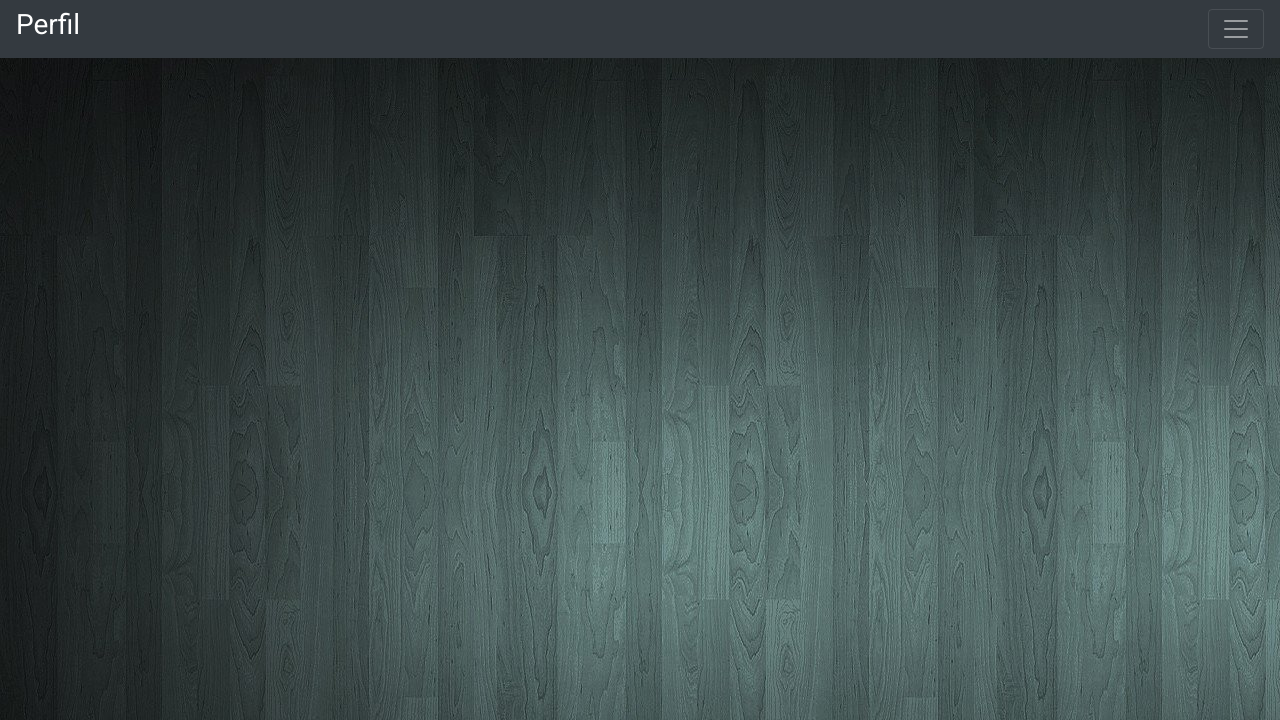
Repository: UncEmerson/UncEmerson
Page: index.html
These files come from the project's save history. The page is drawn as it stood at one moment and after the next save; the edit follows.
The browser window is 1280 px wide. The pictures show the whole page.

Above is the page before, as saved 2019-06-12 00:35:42.

After the next save:
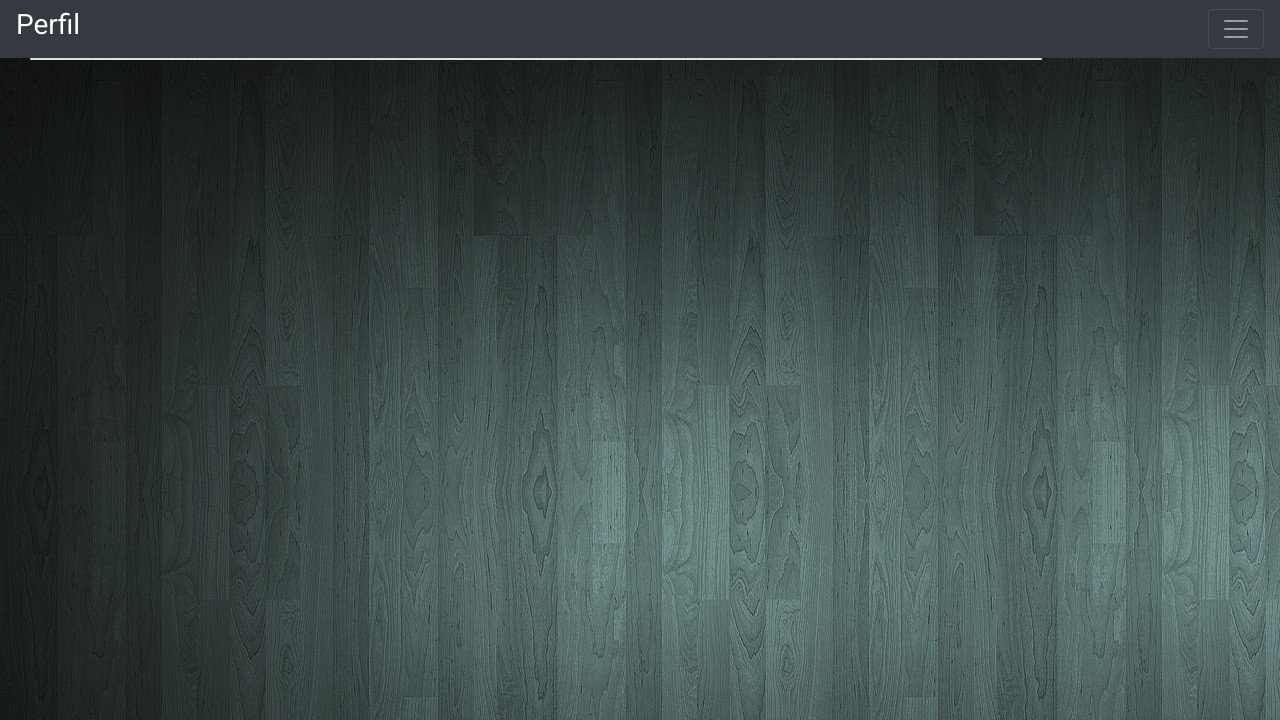
Saved 62 s later.
--- a/index.html
+++ b/index.html
@@ -66,8 +66,12 @@
         </div>
     </header>
 
-    <section class="col-md-10">
+    <section class="col-md-12 justify-content-center">
+        <article class="col-md-10">
+            <article class="card">
 
+            </article>
+        </article>
     </section>
 
 
